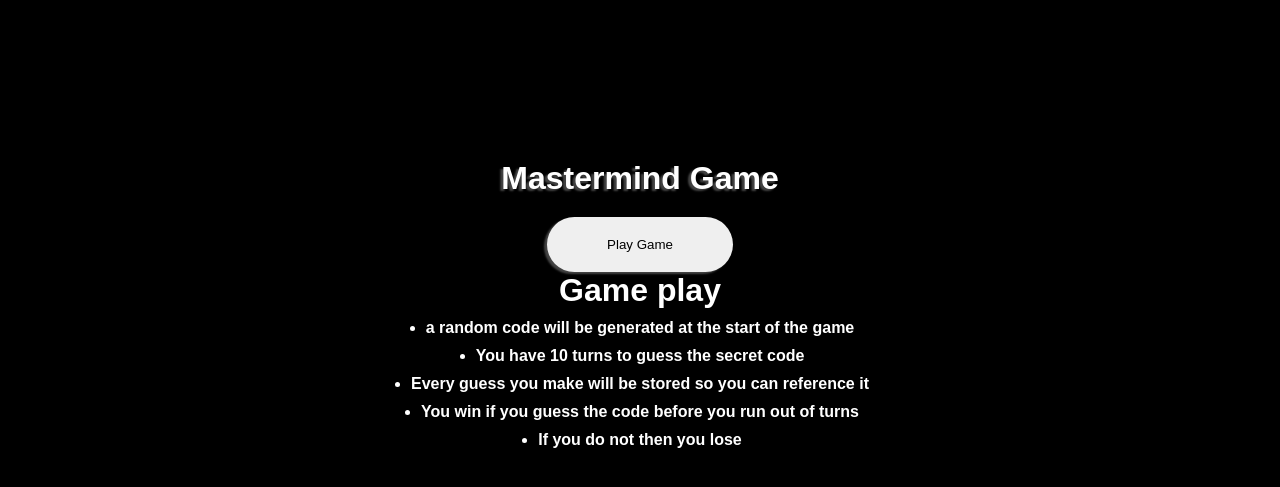
Repository: programmer686/Mastermind-with-Next.js
Page: /
An editor plug-in stored every save of this project. The page is shown before and after the next save, followed by the edit.
The browser window is 1280 px wide. The pictures show the whole page.
The project was rebuilt for these pictures with package versions that can differ from the ones it lists, and the page was loaded fresh each time. The framework's server and built-in components were replaced by stand-ins that run in the browser. Also part of the build but not shown: next.config.js, src/styles/GameBoard.module.css, src/styles/PastPlay.module.css, src/comps/PastPlay.js, src/styles/GamePlay.module.css, src/comps/Logic.js, src/styles/Results.module.css, src/comps/Results.js and 3 more.

Above is the page before, as saved 2023-07-18 20:39:53.

After the next save:
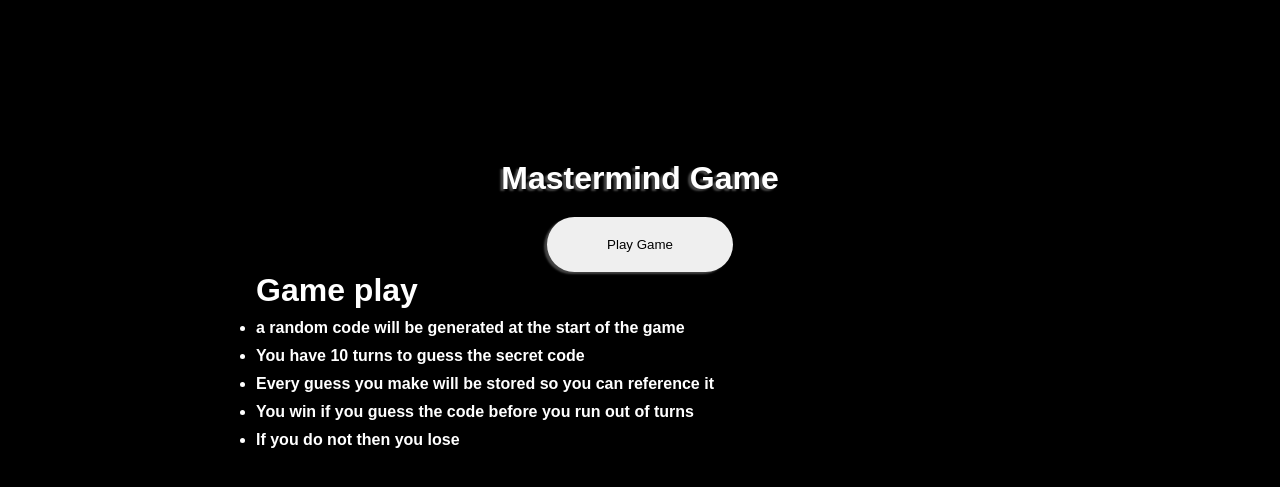
Saved 5 s later.
--- a/src/styles/StartScreen.module.css
+++ b/src/styles/StartScreen.module.css
@@ -31,7 +31,6 @@
     height: 40vh;
     display: flex;
     flex-direction: column;
-    align-items: center;
 
 }
 
